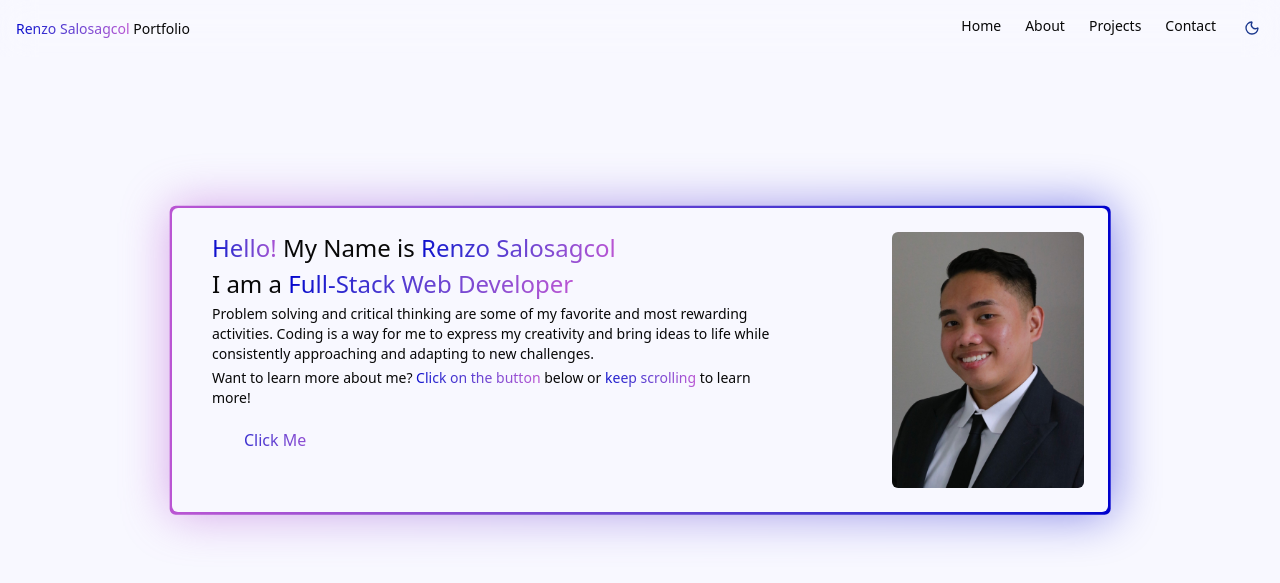
Repository: Renzo-Salosagcol/Updated_Personal_Portfolio
Page: /
These files come from the project's save history. The page is drawn as it stood at one moment and after the next save; the edit follows.
The browser window is 1280 px wide. The pictures show the whole page.
The project was rebuilt for these pictures with package versions that can differ from the ones it lists, and the page was loaded fresh each time. Also part of the build but not shown: vite.config.js, src/pages/NotFound.jsx.

Above is the page before, as saved 2025-10-09 20:23:46.

After the next save:
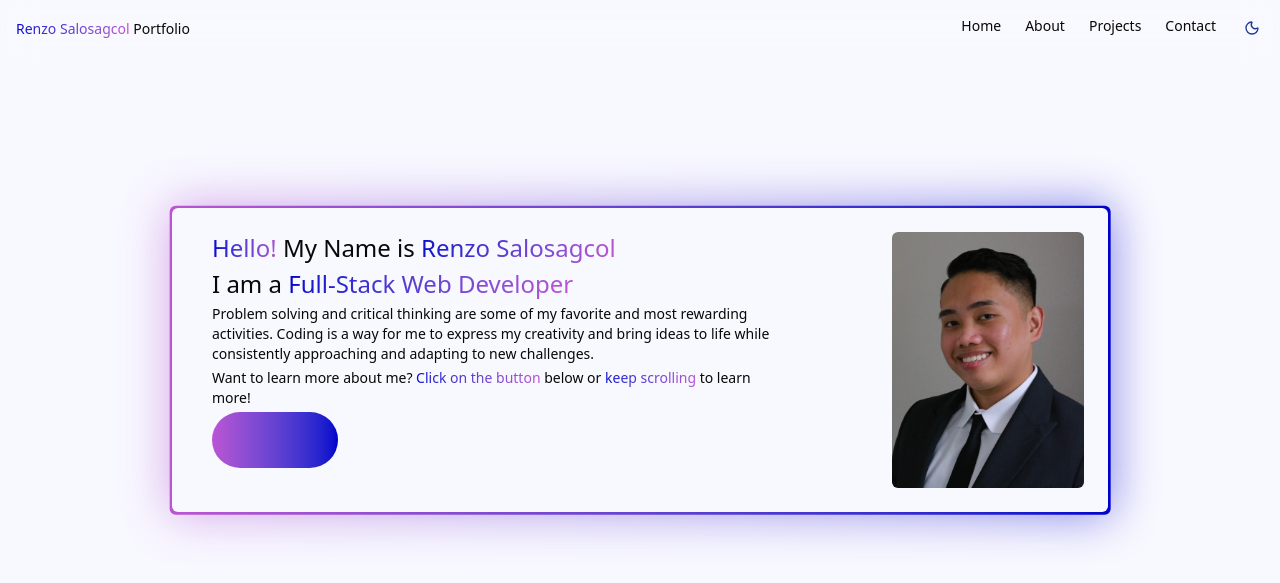
Saved 19 s later.
--- a/src/index.css
+++ b/src/index.css
@@ -82,7 +82,7 @@
 }
 
 @utility after-gradient-button {
-  @apply absolute h-[100%] w-[100%] rounded-full bg-gradient-to-l from-primary to-secondary -z-1;
+  @apply absolute h-[100%] w-[100%] rounded-full bg-gradient-to-l from-primary to-secondary;
 }
 
 @utility gradient-text {

After the save that followed:
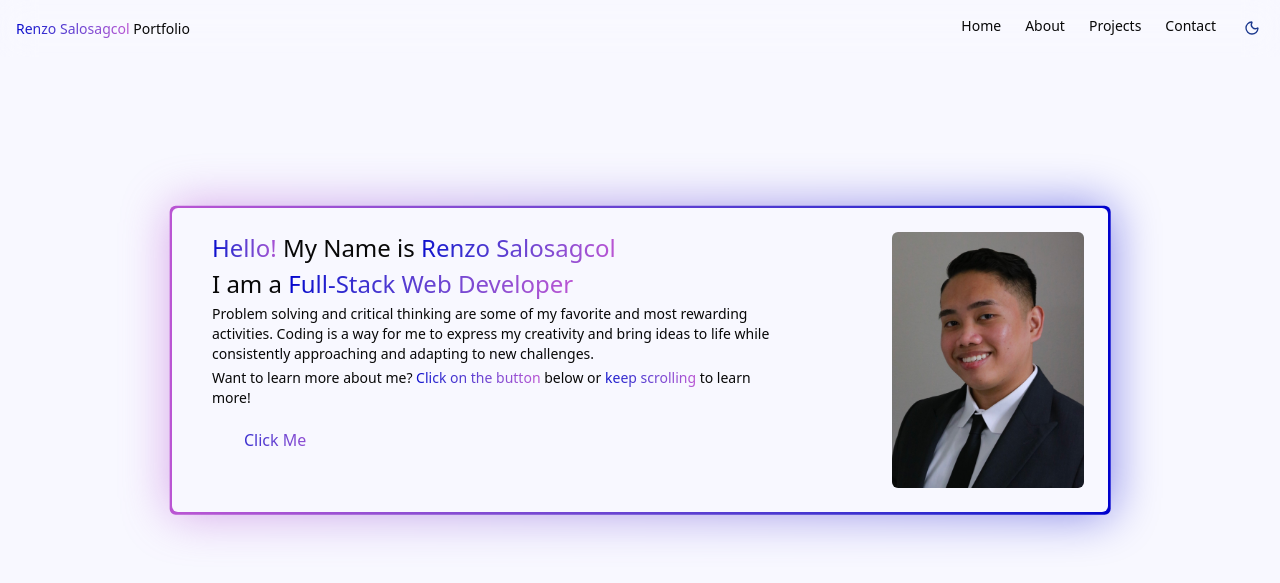
Saved 8 s later.
--- a/src/index.css
+++ b/src/index.css
@@ -82,7 +82,7 @@
 }
 
 @utility after-gradient-button {
-  @apply absolute h-[100%] w-[100%] rounded-full bg-gradient-to-l from-primary to-secondary;
+  @apply absolute h-[100%] w-[100%] rounded-full bg-gradient-to-l from-primary to-secondary -z-1;
 }
 
 @utility gradient-text {
